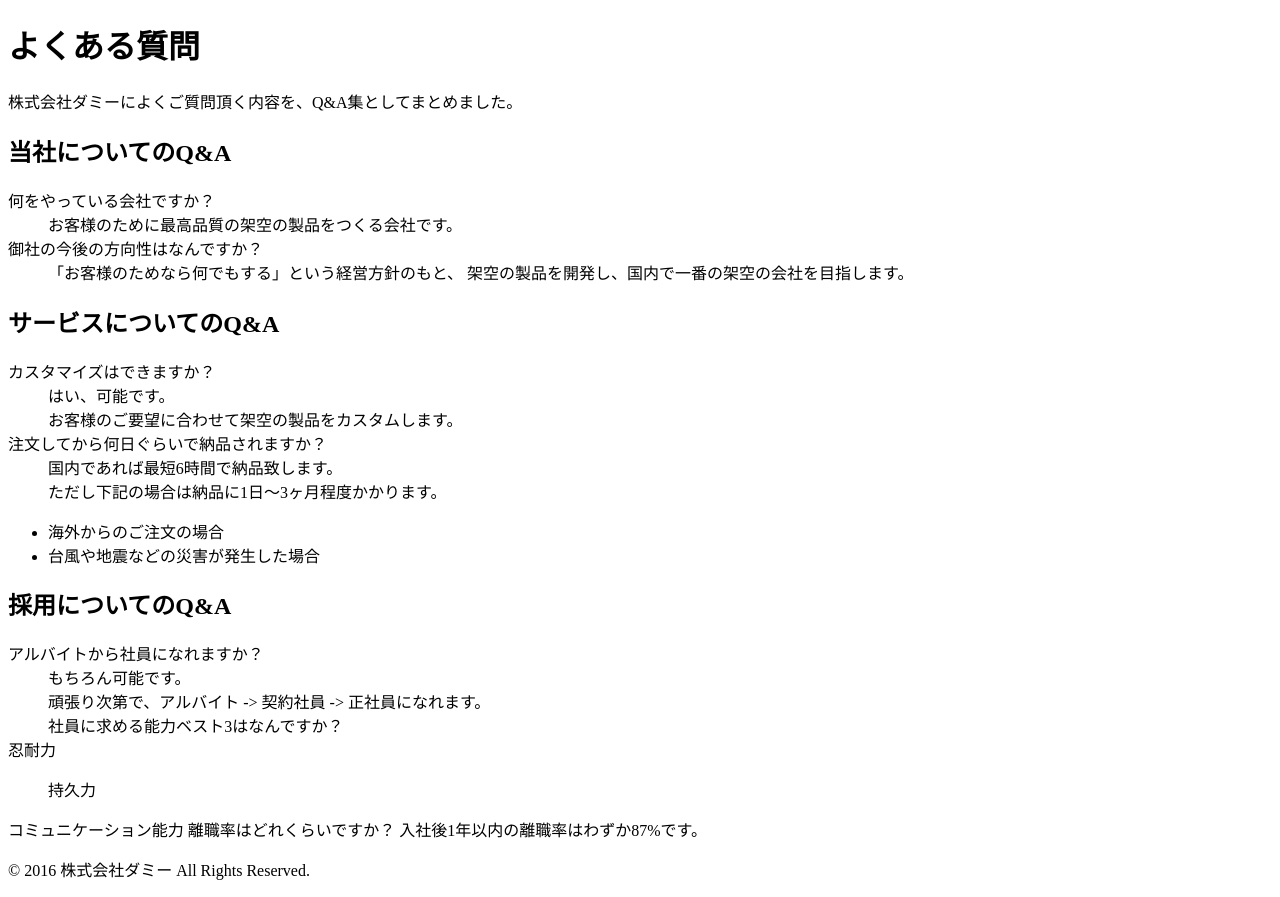
Repository: winc1980/practice-hp2022-wednesday
Page: ruka/practice1.html
The author's editor kept a copy of each file at every save. The page is drawn from the files as they stood at one save, then again after a run of saves.
The browser window is 1280 px wide. The pictures show the whole page.

Above is the page before, as saved 2022-05-26 00:29:34.

After the next 5 saves:
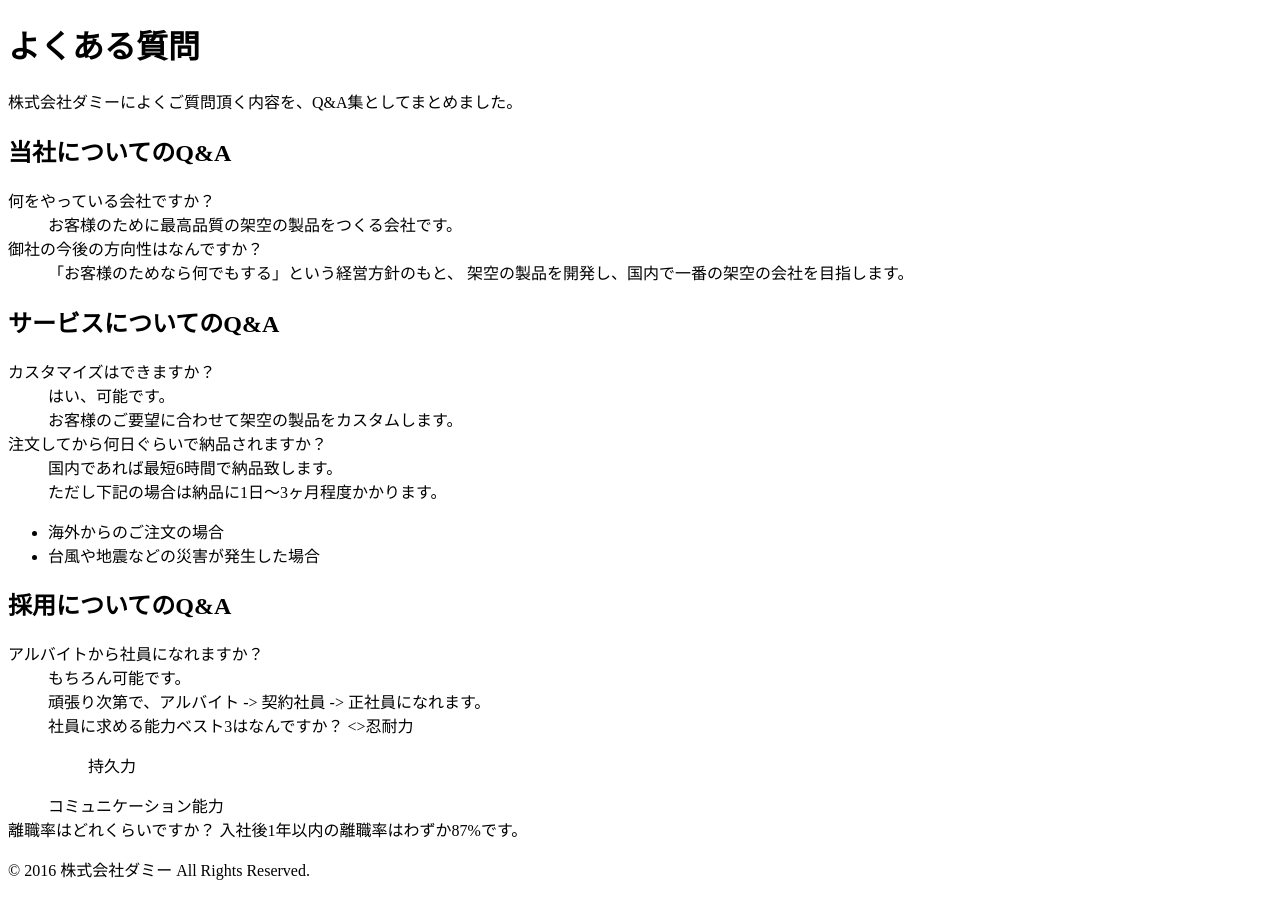
The 5 saves are shown as one change because they came seconds apart.
The last was saved 14 s later.
--- a/ruka/practice1.html
+++ b/ruka/practice1.html
@@ -58,7 +58,7 @@
 <dd>
 社員に求める能力ベスト3はなんですか？
 
-<dt>忍耐力</dt>
+<>忍耐力</>
 <ol>持久力</ol>
 <l>コミュニケーション能力</l>
 </dd>
